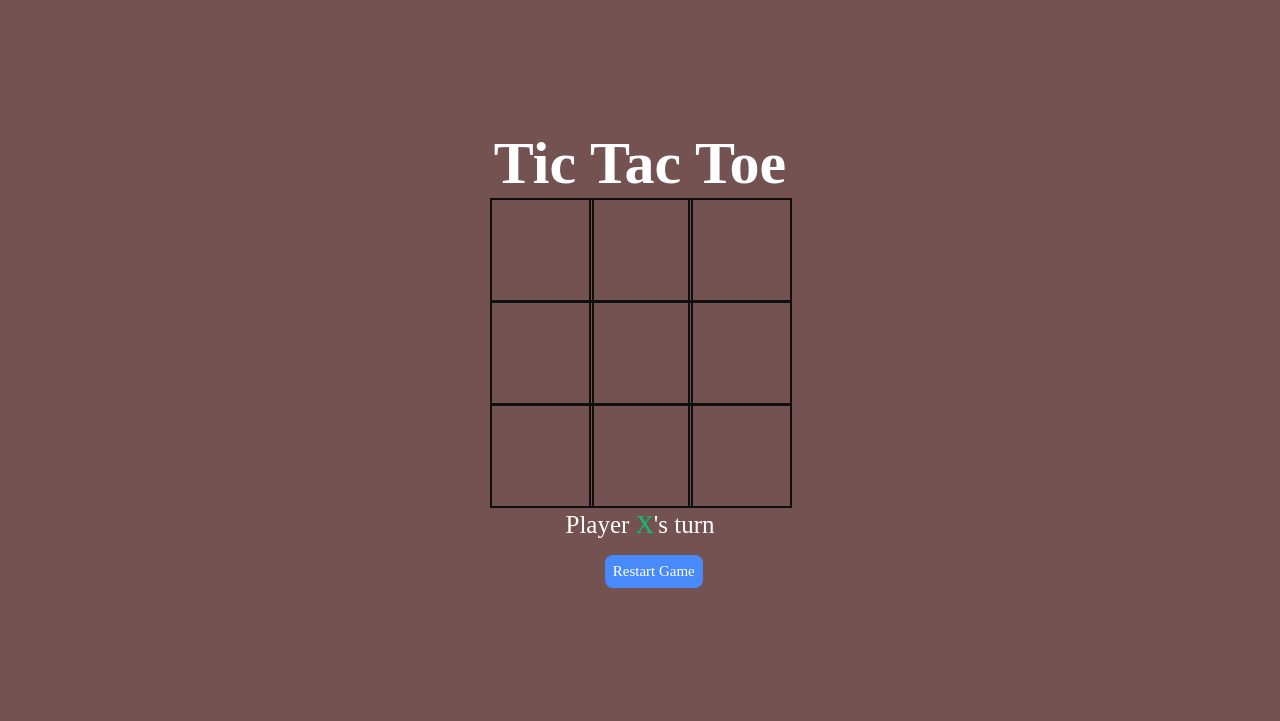
Repository: sedashahnazaryan/tic-tac-too
Page: index.html
The author's editor kept a copy of each file at every save. The page is drawn from the files as they stood at one save, then again after a run of saves.
The browser window is 1280 px wide. The pictures show the whole page.

Above is the page before, as saved 2022-02-01 00:04:48.

After the next 2 saves:
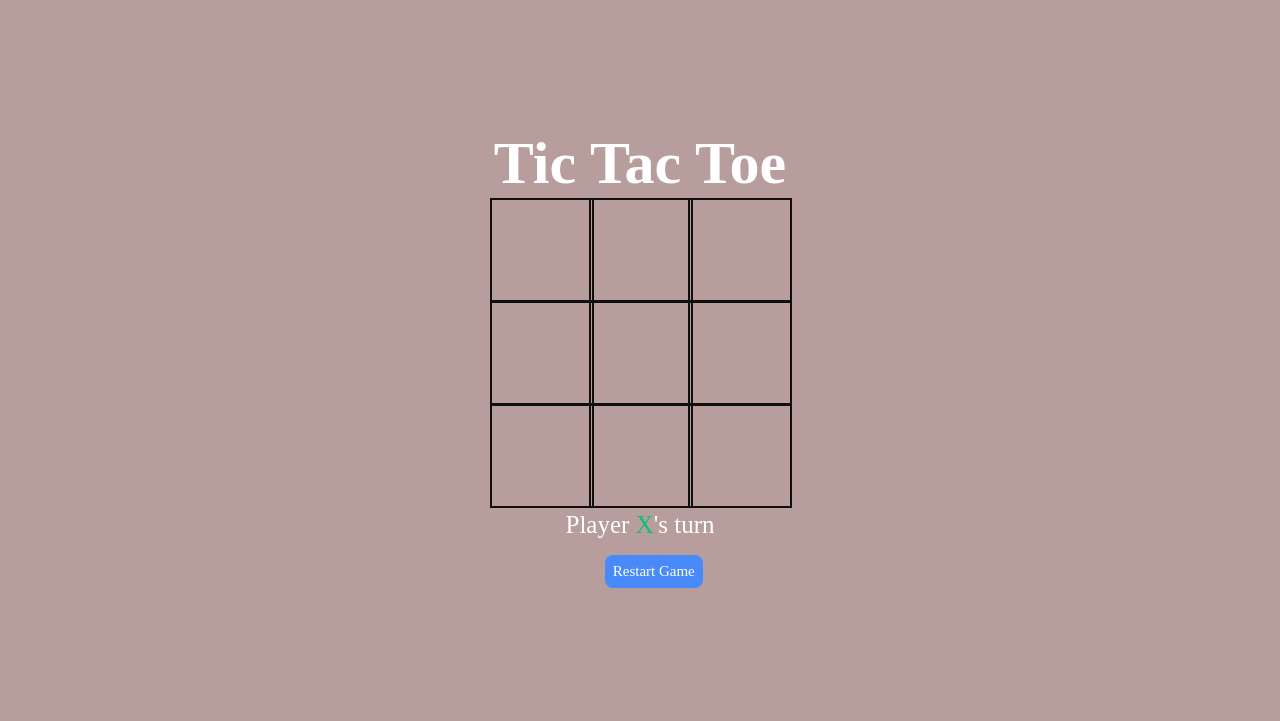
The 2 saves are shown as one change because they came seconds apart.
The last was saved 75 s later.
--- a/index.css
+++ b/index.css
@@ -4,7 +4,7 @@
     font-family: 'Itim', cursive;
 }
 .background{
-    background-color: #755252;
+    background-color: #b89d9d;
     height: 100vh;
     padding-top: 1px;
 }
